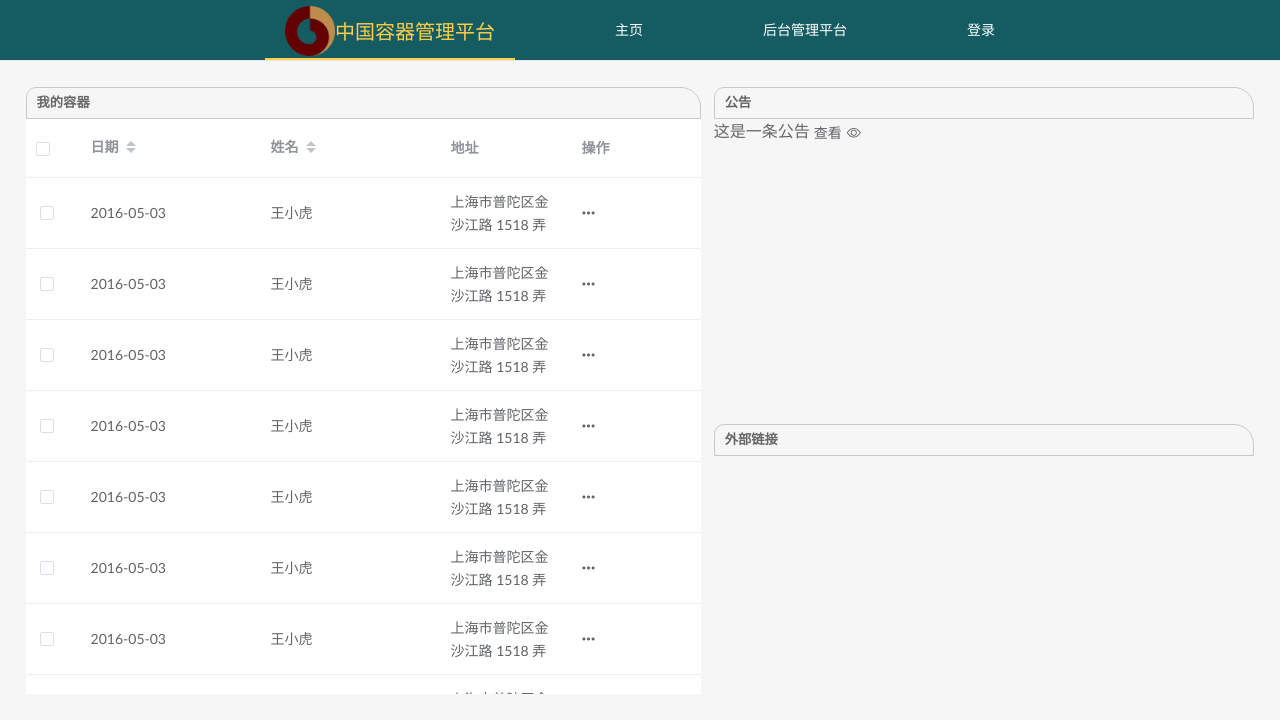
Repository: lei123zhou/zhongjin
Page: /main/home
These files come from the project's save history. The page is drawn as it stood at one moment and after the next save; the edit follows.
The browser window is 1280 px wide. The pictures show the whole page.
An inner scrolling area shows only its first screen. The project was rebuilt for these pictures with package versions that can differ from the ones it lists, and the page was loaded fresh each time. Also part of the build but not shown: vue.config.js.

Above is the page before, as saved 2022-08-29 20:21:19.

After the next save:
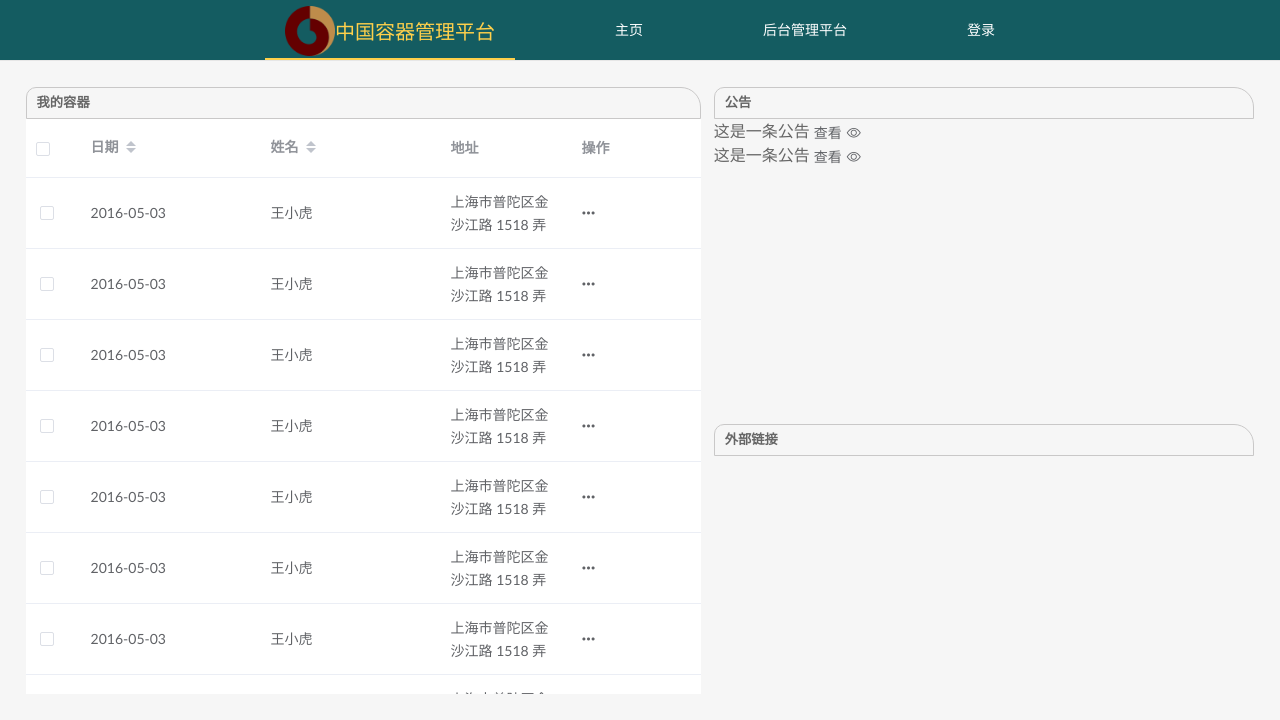
Saved 8 s later.
--- a/src/pages/home/HomePage.vue
+++ b/src/pages/home/HomePage.vue
@@ -56,6 +56,14 @@
             ></span>
             <diglog ref="show" :announcement="announcement"></diglog>
           </div>
+          <div>
+            <span
+              >这是一条公告
+              <el-link @click="showDetail"
+                >查看<i class="el-icon-view el-icon--right"></i> </el-link
+            ></span>
+            <diglog ref="show" :announcement="announcement"></diglog>
+          </div>
         </div>
       </div>
       <div class="right-down"><h5 class="title">外部链接</h5></div>
